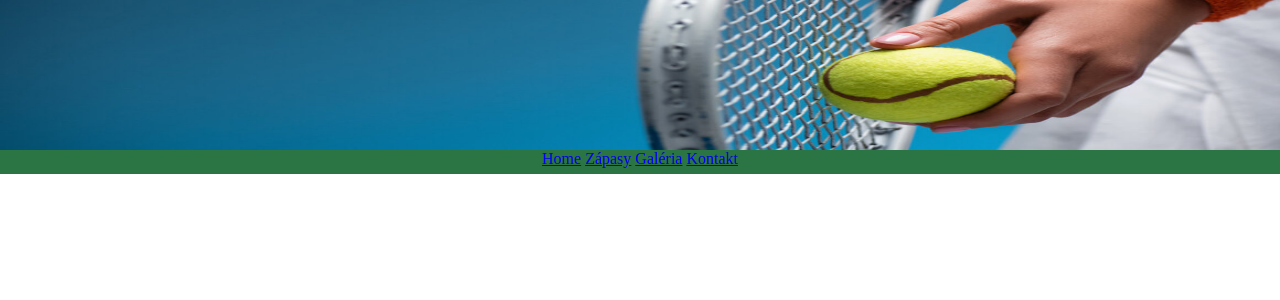
Repository: Badynko/tennis-website
Page: index.html
These files come from the project's save history. The page is drawn as it stood at one moment and after the next save; the edit follows.
The browser window is 1280 px wide. The pictures show the whole page.

Above is the page before, as saved 2024-07-31 19:18:14.

After the next save:
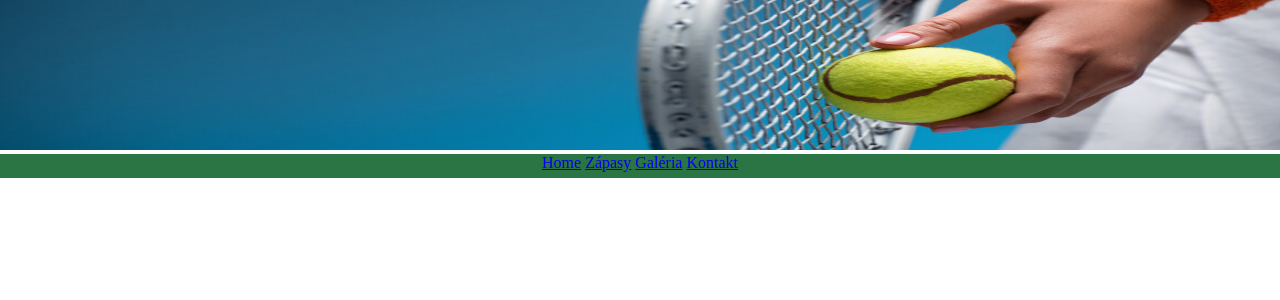
Saved 18 s later.
--- a/css/style.css
+++ b/css/style.css
@@ -14,7 +14,7 @@
 img {
   height: 150px;
   width: 100%;
-  vertical-align: middle;
+  overflow: hidden;
 }
 
 .logo {
